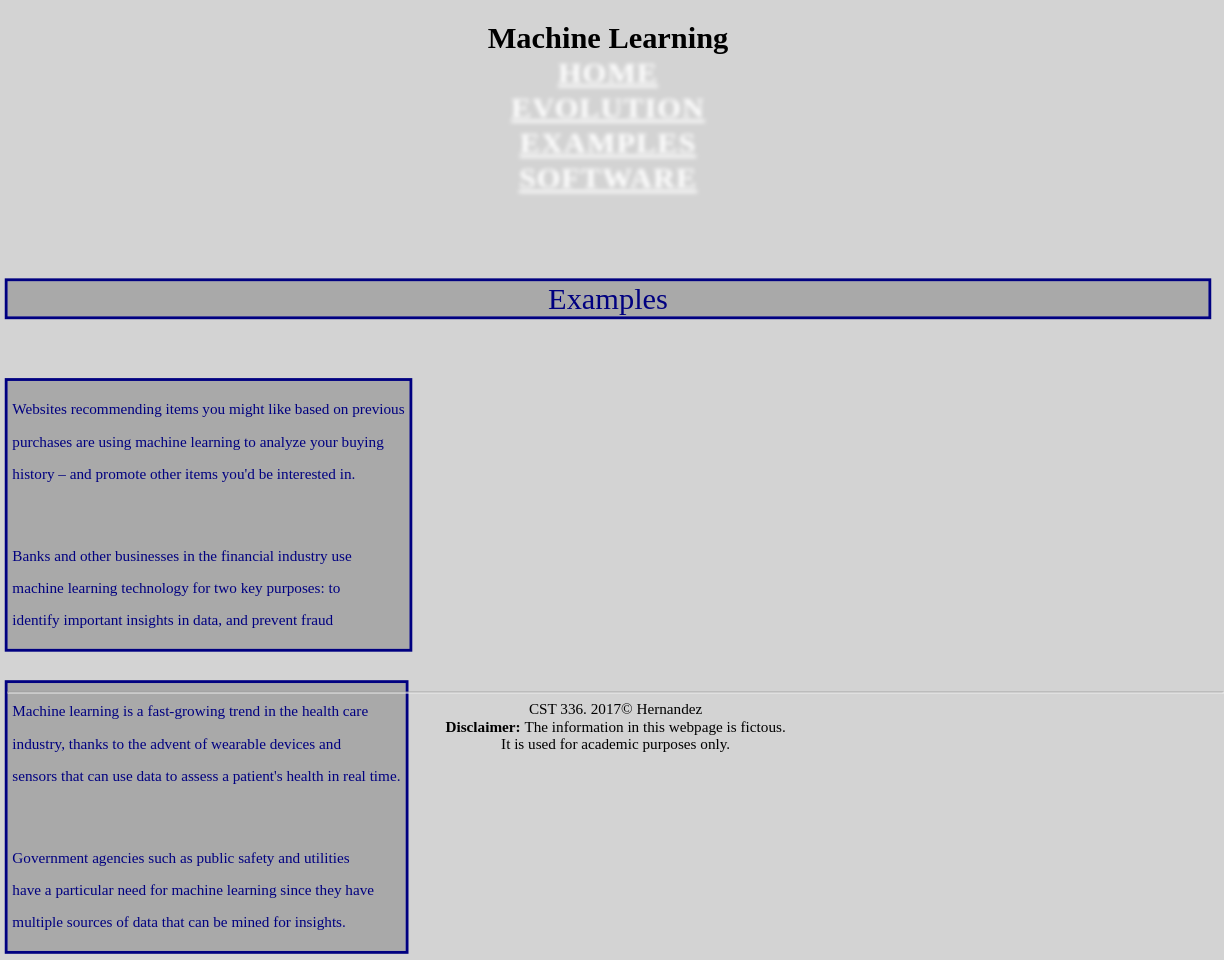
Repository: TheRealCisco/f2017CST336
Page: Homework/examples.html
The author's editor kept a record of every edit. The page is drawn from the files as they stood at one moment, then again after the next edit.
The browser window is 1280 px wide. The page is 1288 px wide, so the pictures cover 1288 px, including what lies to the right of the window. The pictures show the whole page, at 95% of full size.

Above is the page before.

After the next edit:
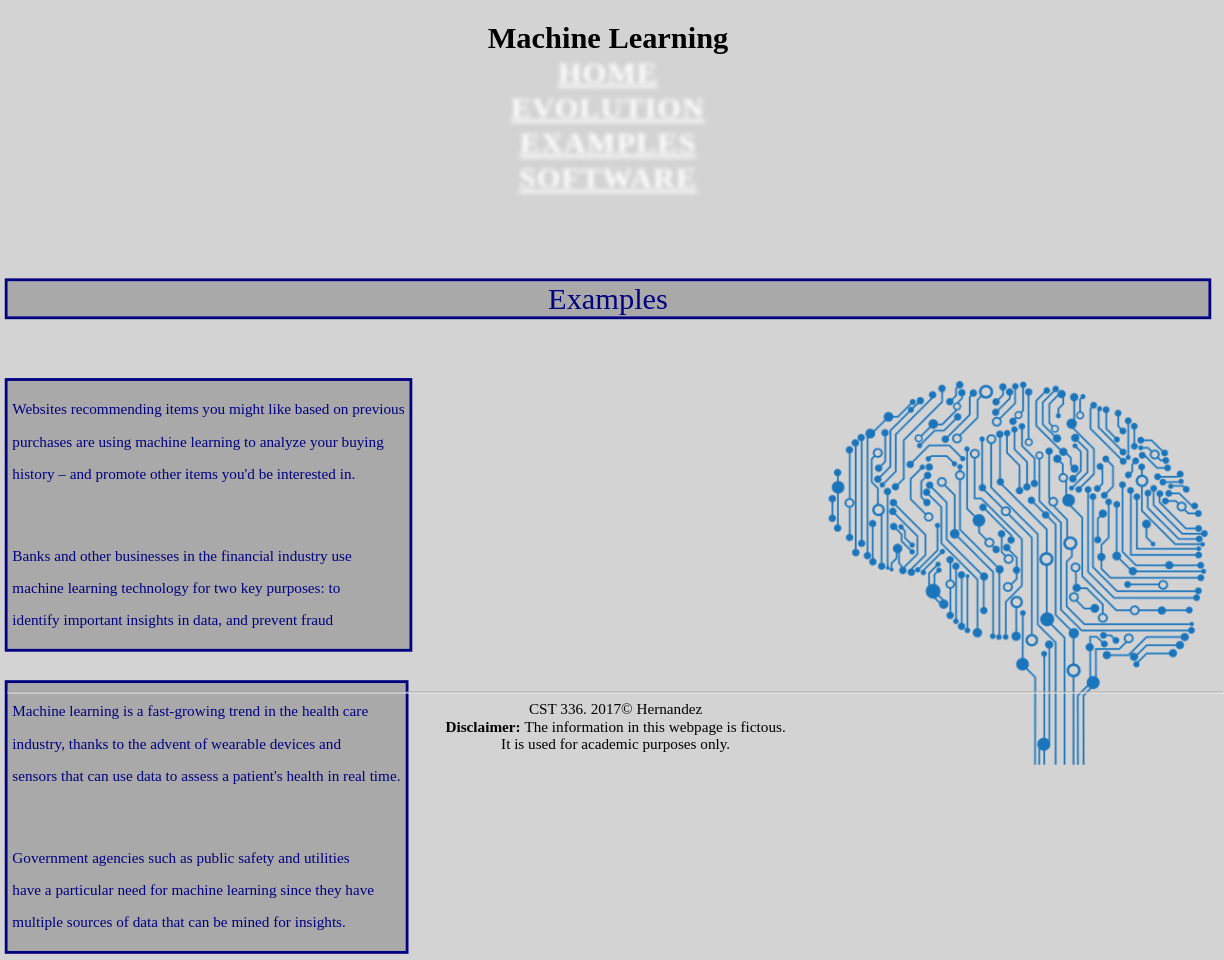
The edit:
--- a/Homework/examples.html
+++ b/Homework/examples.html
@@ -33,6 +33,9 @@
                 </p>
             </div>
             <br></br>
+            <div id="imm">
+                <img src="images/imm.png" alt="brain"/>
+            </div>
            <div id="exampleText">
 
                 <p>
